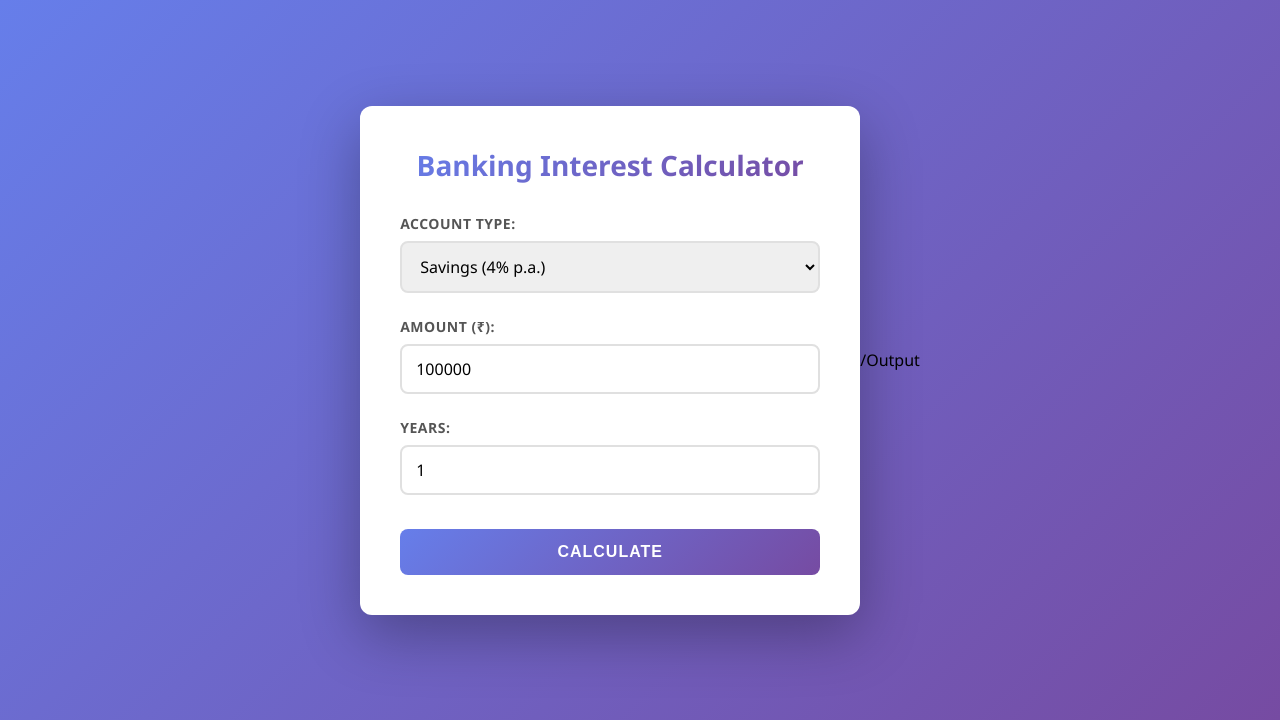
Repository: AdityaTech-Pro/FullStackWithBridgelabz
Page: JavaScript/Assignment1/Banking Interest Calculator/index.html
An editor plug-in stored every save of this project. The page is shown before and after a run of saves, followed by the edit.
The browser window is 1280 px wide. The pictures show the whole page.

Above is the page before, as saved 2025-11-11 10:52:21.
Console error: SyntaxError: Unexpected token '?'

After the next 4 saves:
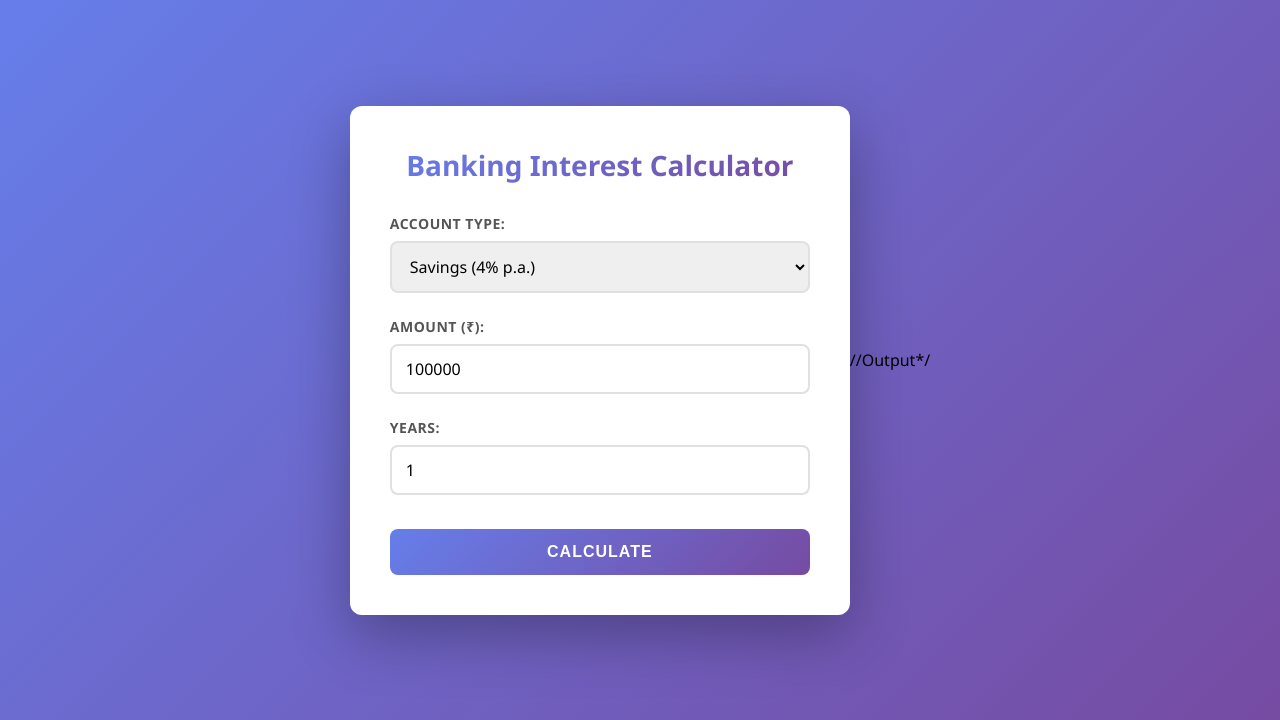
The 4 saves are shown as one change because they came seconds apart.
The last was saved 9 s later.
--- a/JavaScript/Assignment1/Banking Interest Calculator/index.html
+++ b/JavaScript/Assignment1/Banking Interest Calculator/index.html
@@ -189,7 +189,7 @@
 
         <div id="result" aria-live="polite"></div>
     </div>
-    /Output
+    //Output*/
 
     <script src="script.js"></script>
 </body>
